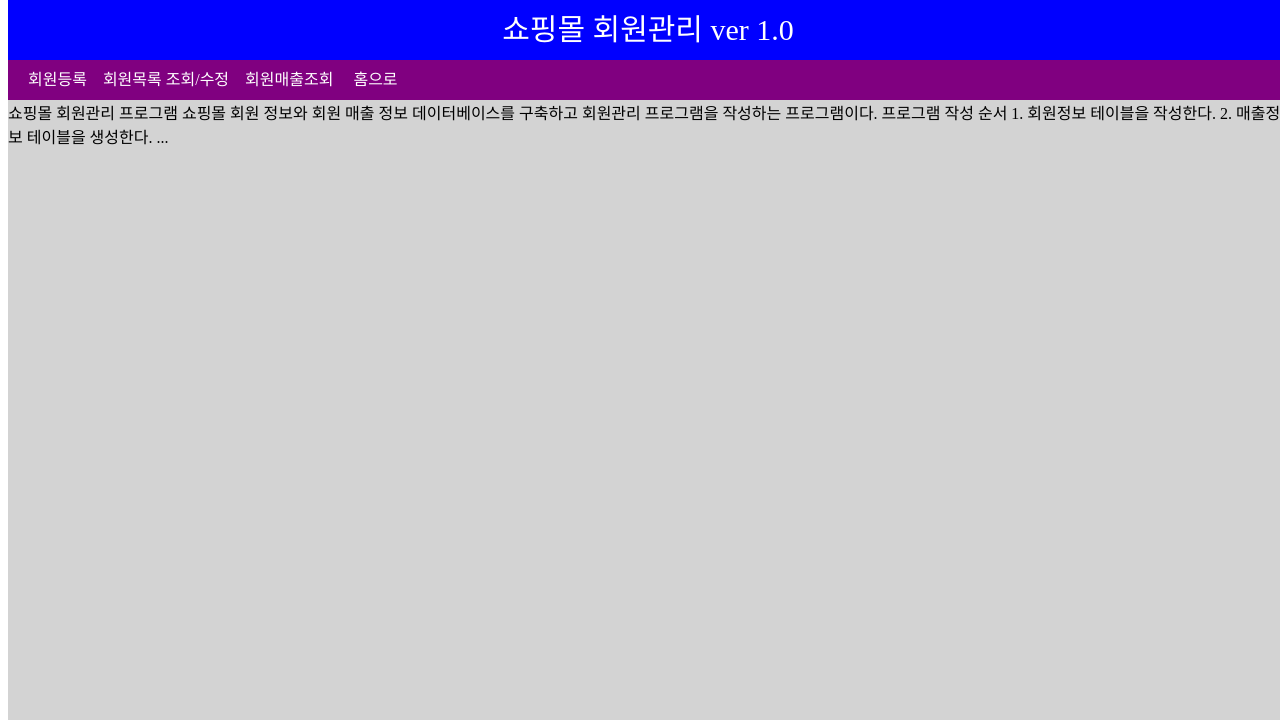
Repository: haileylee94/mini-project
Page: http://localhost/hrd/
The author's editor kept a copy of each file at every save. The page is drawn from the files as they stood at one save, then again after the next save.
The browser window is 1280 px wide. The pictures show the whole page.
The page is served by Tomcat 9.

Above is the page before, as saved 2022-11-17 10:23:51.

After the next save:
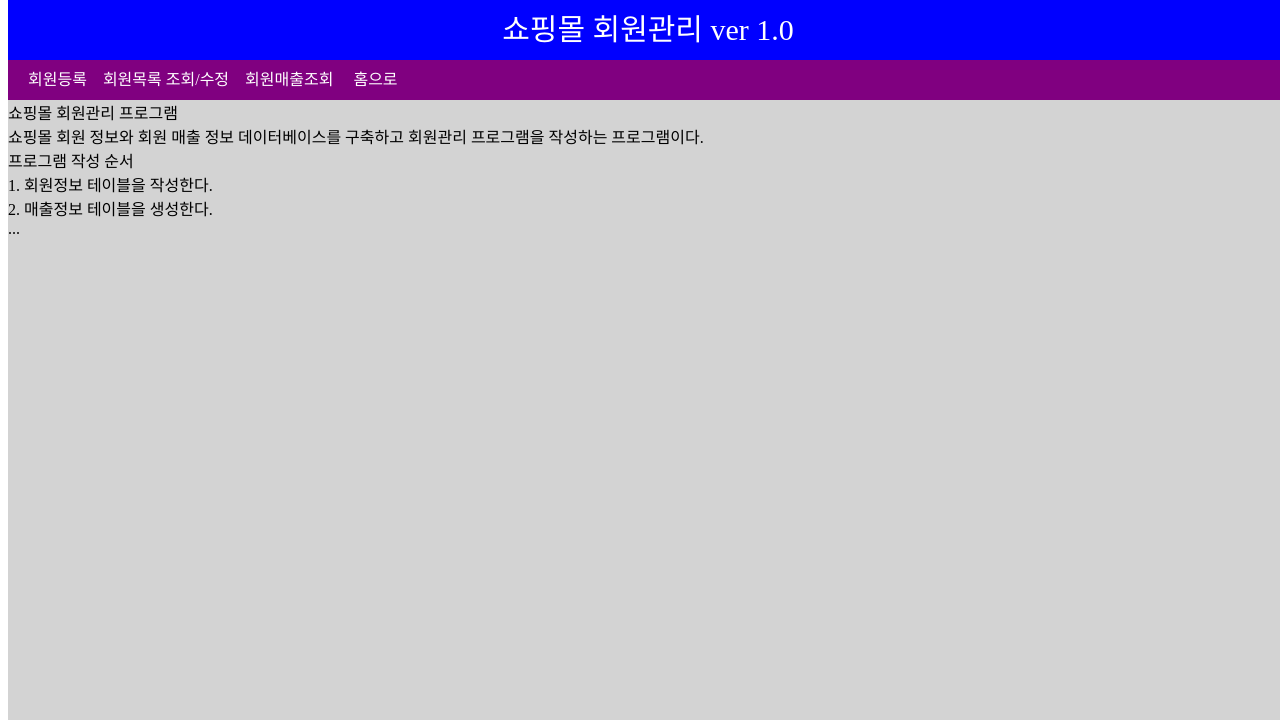
Saved 24 s later.
--- a/hrd/WebContent/index.jsp
+++ b/hrd/WebContent/index.jsp
@@ -44,11 +44,11 @@
 		회원등록 &nbsp;&nbsp;	회원목록 조회/수정 &nbsp;&nbsp;	회원매출조회 &nbsp;&nbsp;&nbsp;	홈으로
 	</nav>
 	<section>
-		쇼핑몰 회원관리 프로그램
-		쇼핑몰 회원 정보와 회원 매출 정보 데이터베이스를 구축하고 회원관리 프로그램을 작성하는 프로그램이다.
-		프로그램 작성 순서
-		1. 회원정보 테이블을 작성한다.
-		2. 매출정보 테이블을 생성한다.
+		쇼핑몰 회원관리 프로그램<br>
+		쇼핑몰 회원 정보와 회원 매출 정보 데이터베이스를 구축하고 회원관리 프로그램을 작성하는 프로그램이다.<br>
+		프로그램 작성 순서<br>
+		1. 회원정보 테이블을 작성한다.<br>
+		2. 매출정보 테이블을 생성한다.<br>
 		...
 	</section>
 </body>
